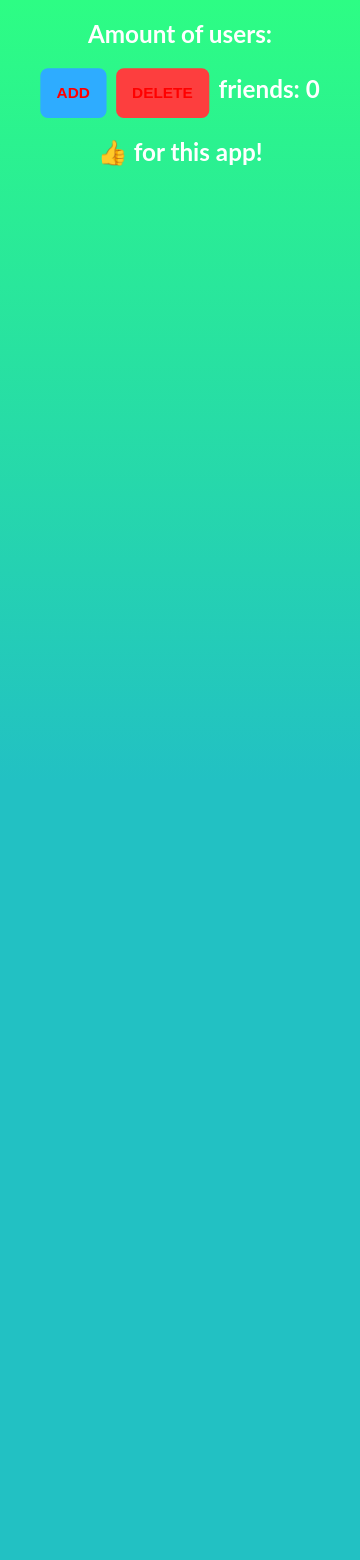
Repository: marcinszymaszek/facelook
Page: /
The author's editor kept a copy of each file at every save. The page is drawn from the files as they stood at one save, then again after the next save.
The browser window is 375 px wide. The pictures show the whole page, at 96% of full size.
The page's requests for data from a server got no answer. The project was rebuilt for these pictures with package versions that can differ from the ones it lists, and the page was loaded fresh each time. No one was signed in, and anything a server would have sent is missing.

Above is the page before, as saved 2020-01-13 19:11:49.

### src/index.js
import React from 'react';
import ReactDOM from 'react-dom';
import './index.css';
import App from '../src/components/main/App';
import * as serviceWorker from './serviceWorker';

ReactDOM.render(<App />, document.getElementById('root'));

// If you want your app to work offline and load faster, you can change
// unregister() to register() below. Note this comes with some pitfalls.
// Learn more about service workers: https://bit.ly/CRA-PWA
serviceWorker.unregister();

### src/components/main/App.js
import React, { useState, useEffect } from 'react';
import Users from '../users/Users'
import MainInfo from '../information/MainInfo'
import axios from 'axios';

const App = () => {
  const [data, setData] = useState({ data: [] });

  useEffect(() => {

    //fetch via axios
    const fetchData = async () => {
      const result = await axios('https://reqres.in/api/users?page=2');
      setData(result.data);
    }
    fetchData();

    //   //fetch via fetch() method
    //   const fetchData = async () => {
    //     const response = await fetch('https://reqres.in/api/users?page=2');
    //     let data = await response.json()
    //     setData(data);
    //   }
    //     fetchData();

  }, []);

  const usersAmount = data.per_page;

  const allUsers = data.data.map(user => {
    return <>
      <p className="basic-info-article">
        <img src={user.avatar} alt='avatar' /><br />
        User name: <strong>{user.first_name}</strong>
      </p>
      <br />
    </>
  }
  );

  return (
    <>
      <div>
        <MainInfo usersAmount={usersAmount} />
        <Users allUsers={allUsers} />
      </div>
    </>
  )
}

export default App;

### src/components/users/Users.js
import React from 'react';
import './Users.css'

const Users = ({ allUsers }) => {

  return (
    <div className="info-container">
      <div>
        {allUsers}
      </div>
    </div>
  )

}

export default Users;

### src/components/information/MainInfo.js
import React, { useState } from 'react';
import './MainInfo.css'

const MainInfo = ({ usersAmount }) => {
    const [friends, setFreinds] = useState(0);
    const [isLiked, setIsLiked] = useState(true);

    function toggle() {
        setIsLiked(!isLiked);
    }

    return (
        <div className="info-container">
            <h3>
                Amount of users: {usersAmount}
            </h3>
            <h3>
                <button className="btn-add" onClick={() => setFreinds(friends + 1)}>ADD</button>
                <button className="btn-delete" onClick={() => setFreinds(friends - 1)}>DELETE</button>
                friends: {friends}
            </h3>
            <h3 id="thumb-txt" onClick={toggle}>
                {isLiked ? <span className="thumb" role="img" aria-label="like">&#128077;</span> :
                    <span className="thumb" role="img" aria-label="like">&#128078;</span>} for this app!
            </h3 >
            <br /><br />
        </div >
    )
}

export default MainInfo;

//========= SoloLearn =======================================================

### src/components/users/Users.css
body{
    color: rgb(255, 255, 255);
    font-family: Lato, sans-serif;
    font-size: 1.5em;
    background: rgb(34,193,195);
    background: linear-gradient(0deg, rgba(34,193,195,1) 50%, rgba(45,253,132,1) 100%);
    background-repeat: no-repeat;
    height: 100rem;
}

.info-container{
    line-height: 20px;
    font-size: 1.3rem;
    text-align: center;
}

img{
    margin-bottom: 0.5rem;
}

@media screen and (max-width: 1028px){
        .info-container{
            font-size: 1em;
        }
    }

@media screen and (max-width: 480px){
        .info-container{
            font-size: 0.9em;
        }
    }

### src/components/information/MainInfo.css
.thumb{
    cursor: pointer;
}

.btn-add, .btn-delete {
    background-color: rgb(46, 172, 255);
    border: none;
    color: white;
    padding: 10px 20px;
    text-align: center;
    text-decoration: none;
    display: inline-block;
    font-size: 16px;
    cursor: pointer;
    outline: 0;
    border-radius: 0.5em;
    margin-right: 10px;
    font-weight: bold;
}

@media screen and (max-width: 480px){
    .btn-add, .btn-delete {
        padding: 17px 17px;
        color: red;
    }
}

.btn-add {
    background-color: rgb(46, 172, 255);
}

.btn-add:hover{
    background-color: rgb(30, 165, 255);
}

.btn-delete {
    background-color: rgb(253, 62, 62);
}

.btn-delete:hover {
    background-color:  rgb(255, 38, 38);
}

Loaded but not shown: public/index.html (common file); src/index.css (common file); src/serviceWorker.js (common file)

After the next save:
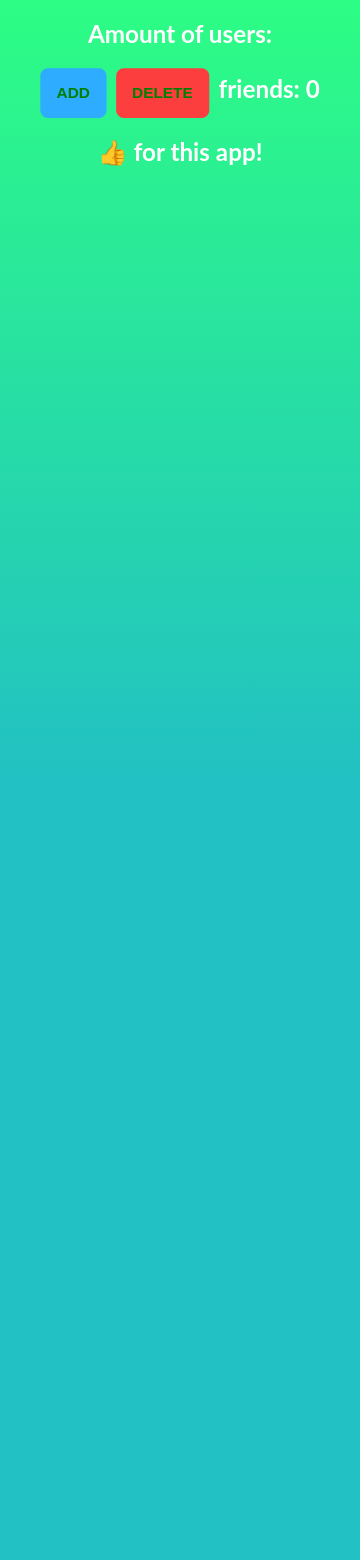
Saved 73 s later.
--- a/src/components/information/MainInfo.css
+++ b/src/components/information/MainInfo.css
@@ -21,7 +21,7 @@
 @media screen and (max-width: 480px){
     .btn-add, .btn-delete {
         padding: 17px 17px;
-        color: red;
+        color: green;
     }
 }
 

After the save that followed:
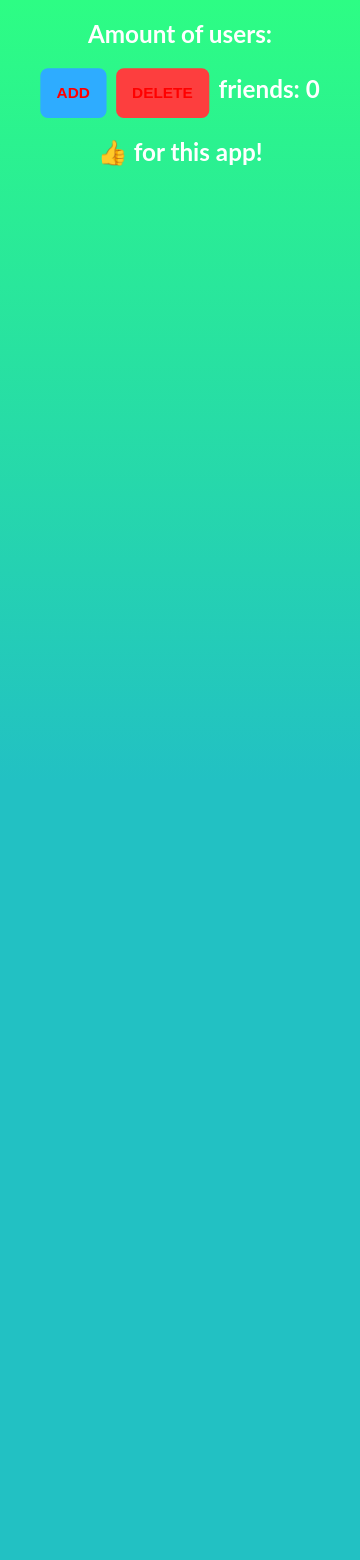
Saved 72 s later.
--- a/src/components/information/MainInfo.css
+++ b/src/components/information/MainInfo.css
@@ -21,7 +21,7 @@
 @media screen and (max-width: 480px){
     .btn-add, .btn-delete {
         padding: 17px 17px;
-        color: green;
+        color: red;
     }
 }
 
